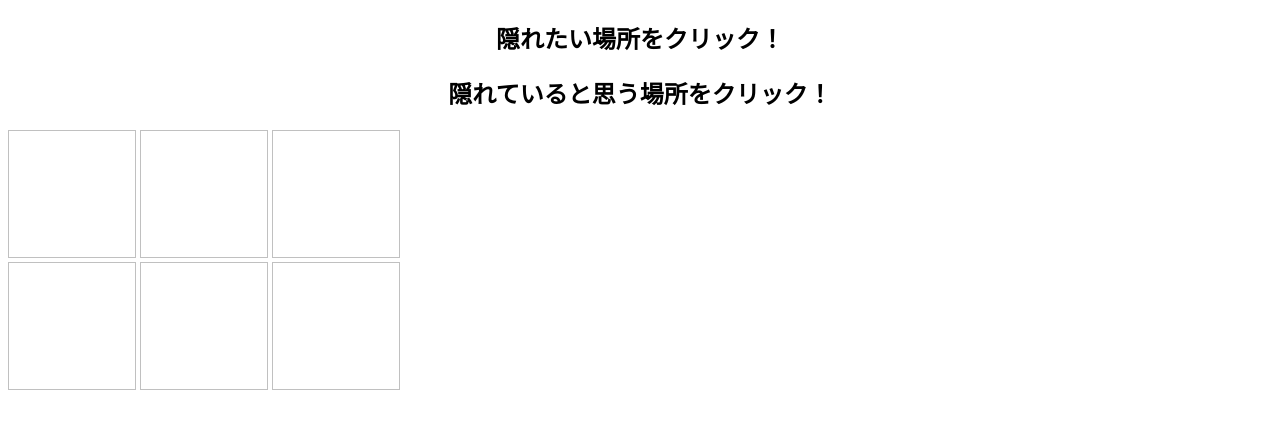
Repository: shoma2491/Mission_Invisible
Page: src/main/resources/templates/game.html
These files come from the project's save history. The page is drawn as it stood at one moment and after the next save; the edit follows.
The browser window is 1280 px wide. The pictures show the whole page.

Above is the page before, as saved 2022-01-18 15:19:26.

After the next save:
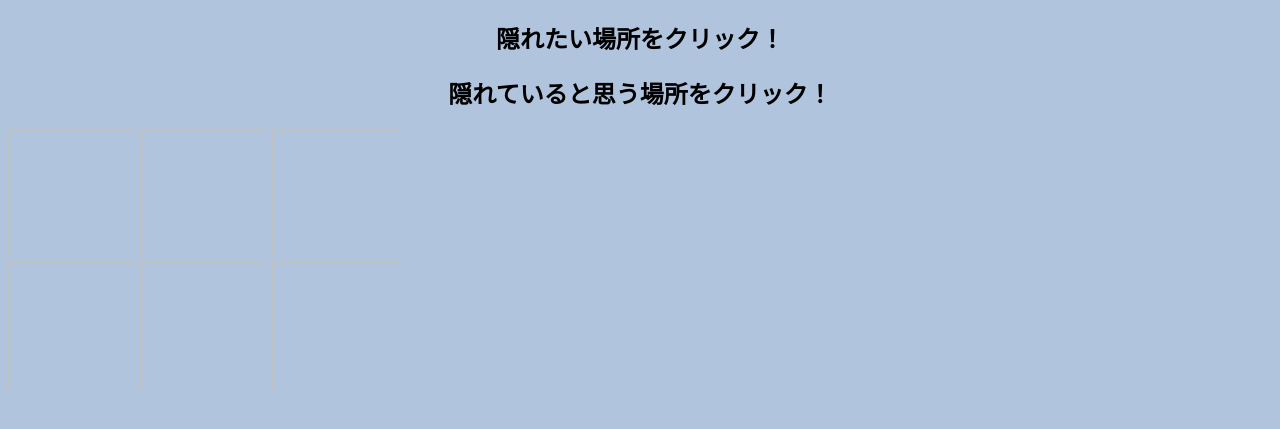
Saved 3 s later.
--- a/src/main/resources/templates/game.html
+++ b/src/main/resources/templates/game.html
@@ -5,7 +5,7 @@
 
 </head>
 
-<body>
+<body bgcolor="lightsteelblue">
         <div sec:authorize="hasRole('ROLE_USER')">
                 <h2 style="text-align:center">隠れたい場所をクリック！</h2>
         </div>
